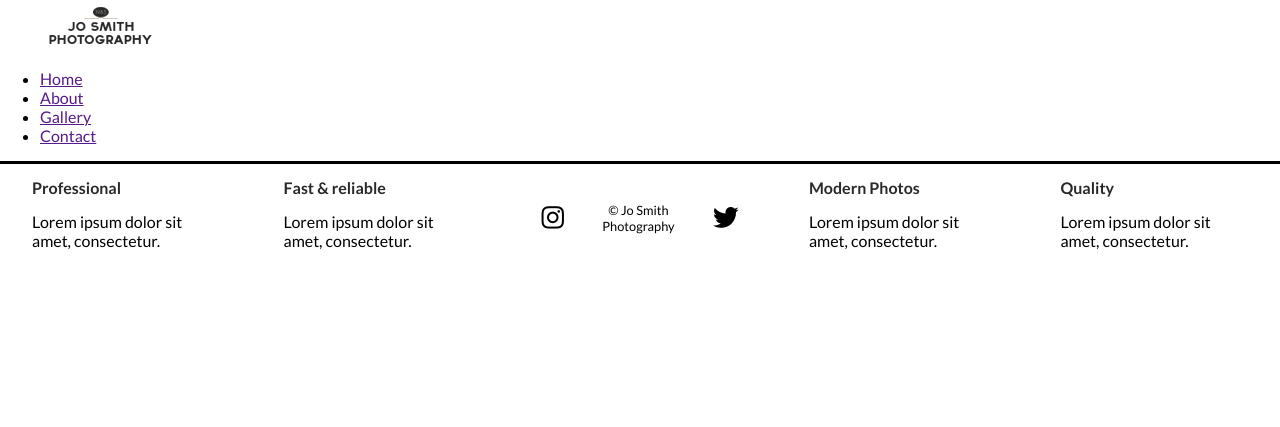
Repository: CallumS19/Jo-Smith-Photography
Page: workspace/about.html
The author's editor kept a record of every edit. The page is drawn from the files as they stood at one moment, then again after the next edit.
The browser window is 1280 px wide. The pictures show the whole page.
Some web libraries are served in a nearby version.

Above is the page before.

After the next edit:
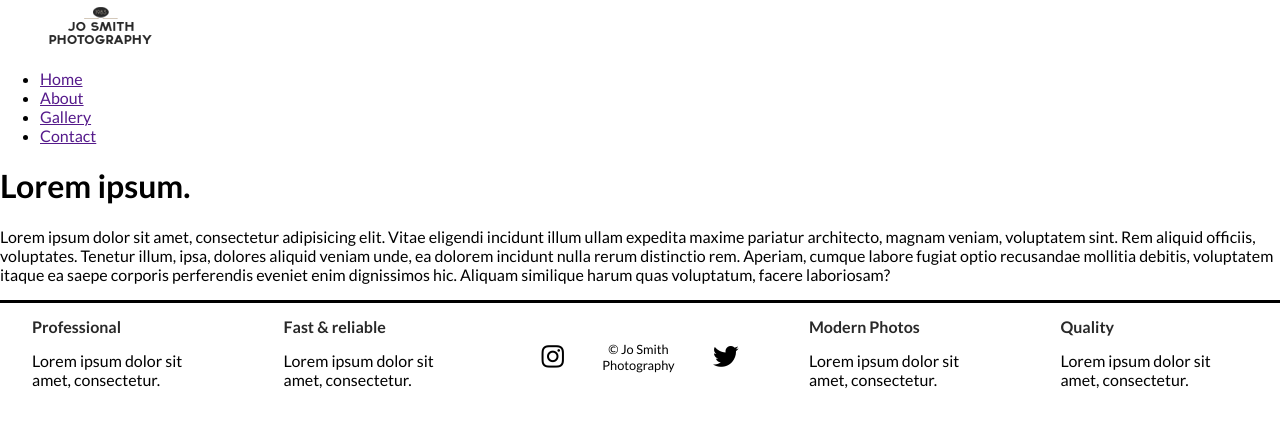
The edit:
--- a/workspace/about.html
+++ b/workspace/about.html
@@ -18,7 +18,10 @@
             <li><a href="">Contact</a></li>
         </ul>
 
-        <div class="page-content">
+        <div class="about-content">
+                <h1 class="about-us">Lorem ipsum.</h1>
+                <p>Lorem ipsum dolor sit amet, consectetur adipisicing elit. Vitae eligendi incidunt illum ullam expedita maxime pariatur architecto, magnam veniam, voluptatem sint. Rem aliquid officiis, voluptates. Tenetur illum, ipsa, dolores aliquid veniam unde, ea dolorem incidunt nulla rerum distinctio rem. Aperiam, cumque labore fugiat optio recusandae mollitia debitis, voluptatem itaque ea saepe corporis perferendis eveniet enim dignissimos hic. Aliquam similique harum quas voluptatum, facere laboriosam?</p>
+            </div>
         </div>
 
 
